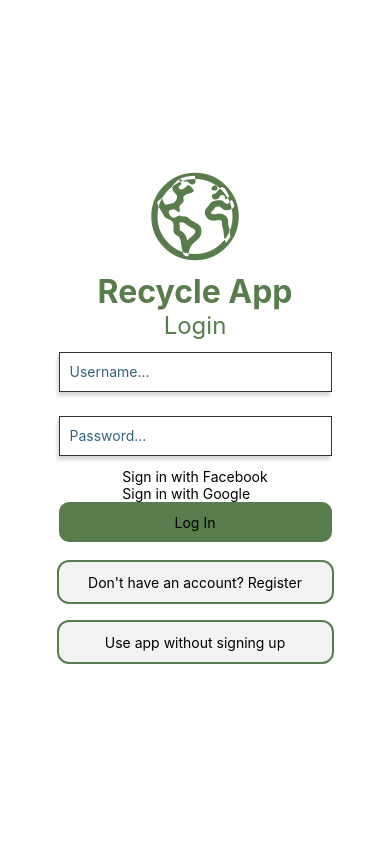
Repository: ct-pham/COMP4511
Screen: / (app in comp4511/)
These files come from the project's save history. The screen is drawn as it stood at one moment and after the next save; the edit follows.
The app was drawn by React Native's web renderer in a window 390 px wide. The project was rebuilt for these pictures with package versions that can differ from the ones it lists, and the page was loaded fresh each time.

Above is the screen before, as saved 2022-11-07 16:29:17.

### comp4511/App.js

// import { NavigationContainer } from 'react-navigation/native';
// import { createNativeStackNavigator } from 'react-navigation/native-stack';
import Login from './Components/Login';
//import Register from './Components/Register';

export default function App() {
  return (
    // <NavigationContainer>
    //   <Stack.Navigator initialRouteName="Home">
    //     <Stack.Screen name="Login" component={Login} />
    //     <Stack.Screen name="Register" component={Register} />
    //   </Stack.Navigator>
    // </NavigationContainer>
    <Login />
  );
}

### comp4511/Components/Login.js
import {
    StyleSheet,
    Text,
    View,
    TextInput,
    TouchableOpacity,
} from 'react-native';

import FontAwesome from 'react-native-vector-icons/FontAwesome';

import Icon from 'react-native-vector-icons/Ionicons';

export default function Login( {navigation}) {
    return (
        <View style={styles.container}>
            <View>
                <Icon
                    name = "earth-outline"
                    size = {100}
                    color = "#587C4B"
                />
            </View>

            <Text style = {styles.title}>Recycle App</Text>
            <Text style = {styles.subtitle}>Login</Text>
            <View style={styles.inputView}>
                <TextInput
                    style={styles.TextInput}
                    placeholder="Username..."
                    placeholderTextColor="#003f5c"
                />
            </View>

            <View style={styles.inputView}>
                <TextInput
                    style={styles.TextInput}
                    placeholder="Password..."
                    placeholderTextColor="#003f5c"
                    secureTextEntry={true}
                />
            </View>
            <View>
                <TouchableOpacity
                    style = {styles.socialBtn}
                >
                    <View style={styles.iconWrapper}>
                        <FontAwesome  />
                    </View>
                    <View style={styles.btnTxtWrapper}>
                        <Text >Sign in with Facebook</Text>
                    </View>
                </TouchableOpacity>
                <TouchableOpacity
                    style = {styles.socialBtn}
                >
                    <View style={styles.iconWrapper2}>
                        <FontAwesome  />
                    </View>
                    <View style={styles.btnTxtWrapper}>
                        <Text >Sign in with Google</Text>
                    </View>
                </TouchableOpacity>

            </View>

            <TouchableOpacity style = {styles.btnStyle}>
                <Text style={styles.loginBtn}>Log In</Text>
            </TouchableOpacity>

            <TouchableOpacity
                onPress = {console.log('Register')}
                style = {styles.btnStyle2}
            >
                <Text style={styles.loginBtn}>Don't have an account? Register</Text>
            </TouchableOpacity>

            <TouchableOpacity
                style = {styles.btnStyle2}
            >
                <Text style={styles.loginBtn}>Use app without signing up</Text>
            </TouchableOpacity>

        </View>
    );
}

const styles = StyleSheet.create({
    container: {
        flex: 1,
        backgroundColor: '#ffffff',
        alignItems: 'center',
        justifyContent: 'center',
    },
    inputView: {
        backgroundColor: '#ffffff',
        borderWidth: 1,
        borderColor: '#000000',
        height: 40,
        width: '70%',
        margin: 12,
        borderWidth: 1,
        padding: 10,
        shadowColor: '#171717',
        shadowOffset: {width: -2, height: 4},
        shadowOpacity: 0.2,
        shadowRadius: 3,
        opacity: 0.8,
    },
    button: {
        borderRadius: 25,
    },
    btnStyle: {
        backgroundColor: '#587C4B',
        width: '70%',
        height: 40,
        alignItems: 'center',
        justifyContent: 'center',
        borderRadius: 10,
        marginBottom:20,
    },
    btnStyle2: {
        backgroundColor: '#F2F2F2',
        borderRadius: 10,
        outlineColor: '#587C4B',
        outlineWidth: 2,
        outlineStyle:  'solid',
        width: '70%',
        height: 40,
        alignItems: 'center',
        justifyContent: 'center',
        marginBottom: 20,
    },
    title: {
        fontSize: 32,
        fontWeight: 'bold',
        color: '#587C4B',
    },
    subtitle: {
        fontSize: 24,
        fontWeight: 'semibold',
        color: '#587C4B',
    },
});

After the next save:
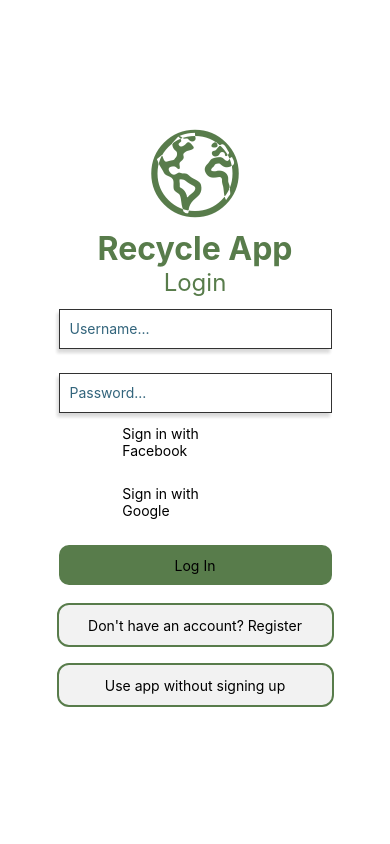
Saved 74 s later.
--- a/comp4511/Components/Login.js
+++ b/comp4511/Components/Login.js
@@ -140,4 +140,9 @@ const styles = StyleSheet.create({
         fontWeight: 'semibold',
         color: '#587C4B',
     },
+    socialBtn: {
+        height: 40,
+        width: '70%',
+        marginBottom: 20,
+    }
 });
